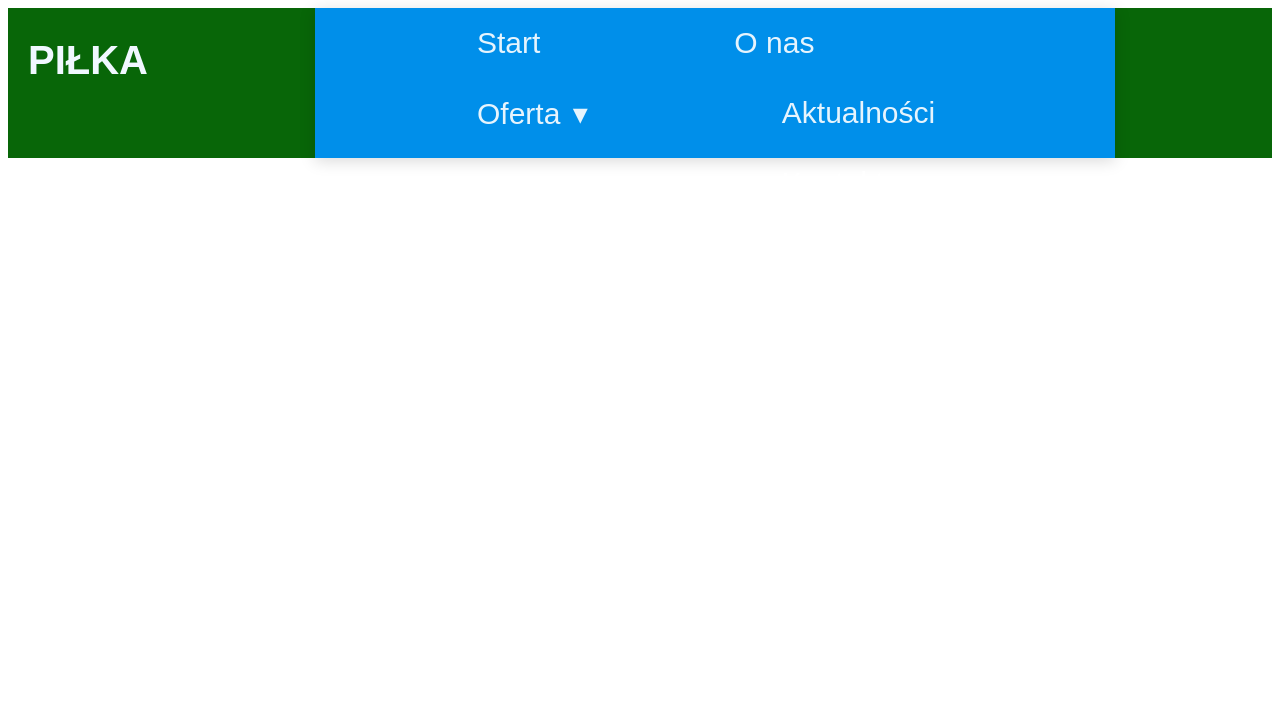
Repository: ZABA78/PAZW
Page: index.html
An editor plug-in stored every save of this project. The page is shown before and after the next save, followed by the edit.
The browser window is 1280 px wide. The pictures show the whole page.
Some web fonts or font styles are not loaded; a fallback is used.

Above is the page before, as saved 2023-10-17 14:26:39.

### index.html
<!DOCTYPE html>
<html lang="en">
<head>
    <meta charset="UTF-8">
    <meta http-equiv="X-UA-Compatible" content="IE=edge">
    <meta name="viewport" content="width=device-width, initial-scale=1.0">
    <link rel="stylesheet" href="style.css">
    <title>Piłka</title>
    <style>
        @import url('https://fonts.googleapis.com/css2?family=Tilt+Neon&display=swap');
        </style>
        <script src = "Jquery.js"></script>
</head>
<body>
    <header>
        <!--<img src="pilka.png" alt="logo" class = "logo">--><h1>PIŁKA</h1>
        <nav>
            <ul>
                <li><a href="#">Start</a>
            <li><a href="#">O nas</a>
                <li class="drop"><a href="#">Oferta</a>
                    <ul class="dropdown">
                        <li><a href="#">Oferta 01</a></li>
                        <li><a href="#">Oferta 02</a></li>
                        <li><a href="#">Oferta 03</a></li>
                    </ul>
                </li>
                <li><a href="#">Aktualności</a>
                <li><a href="#">Kontakt</a>
            </ul>
        </nav>
    </header>
</body>
</html>

### style.css
*
{
    font-family: 'Tilt Neon', sans-serif;


}

h1
{
    padding: 10px;
    font-size: 40px;
    f;
    float: left;
    margin-left: 10px;
    margin-top: 20px;
}
header
{
    background-color: rgb(8, 102, 8);
    height: 150px;
    color: aliceblue;
    display: flex;
    flex-direction: row;
}
a
{
padding: 90px;
text-align: center;
float: left;
margin-left: 130px;
text-decoration: none;
color: black;
font-size: 30px;
}
nav {
	margin: 0 auto;
	max-width: 800px;
	background: #008FEA;
	box-shadow:0 3px 15px rgba(0,0,0,.15);
}

nav::after {
	display: block;
	content: '';
	clear: both;
}

nav ul {
	padding: 0;
	margin: 0;
	list-style: none;
}

nav ul li {
	float: left;
	position: relative;
}

nav ul li a {
	display: block;
	color: rgba(255, 255, 255, .9);
	text-decoration: none;
	padding: 1rem 2rem;
	border-top: 2px solid transparent;
	border-bottom: 2px solid transparent;
	transition: all .3s ease-in-out;
}

nav ul li a:hover,
nav ul li a:focus {
	background: rgba(0, 0, 0, .15);
}

nav ul li a:focus {
	color: white;
}

nav ul li a:not(:only-child)::after {
	padding-left: 4px;
	content: ' ▾';
}

nav ul li ul li {
	min-width: 190px;
}

nav ul li ul li a {
	background: transparent;
	color: #555;
	border-bottom: 1px solid #DDE0E7;
}

nav ul li ul li a:hover,
nav ul li ul li a:focus {
	background: #eee;
	color: #111;
}

.dropdown {
	display: none;
	position: absolute;
	background: #fff;
	box-shadow: 0 4px 10px rgba(10, 20, 30, .4);
}

Loaded but not shown: jquery.js (library)

After the next save:
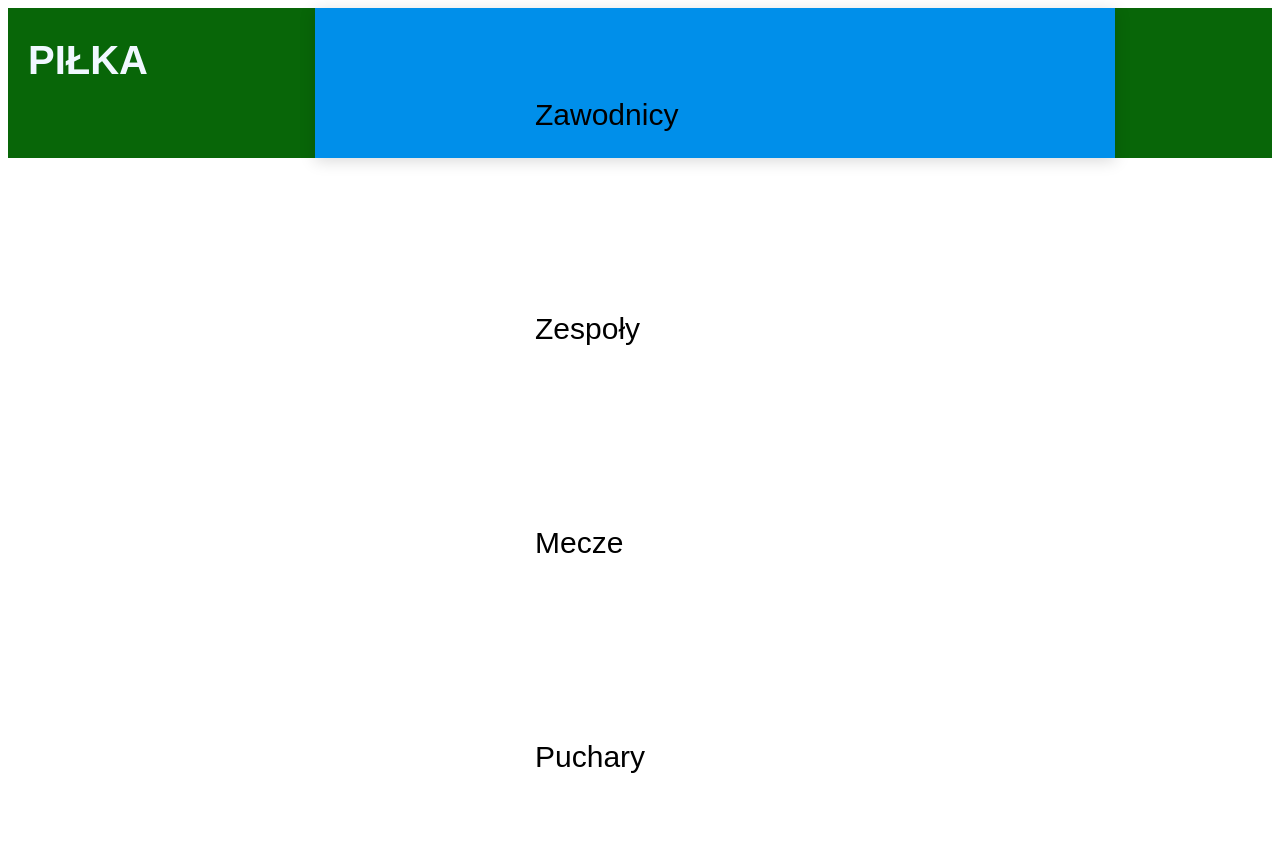
Saved 35 s later.
--- a/index.html
+++ b/index.html
@@ -15,19 +15,10 @@
     <header>
         <!--<img src="pilka.png" alt="logo" class = "logo">--><h1>PIŁKA</h1>
         <nav>
-            <ul>
-                <li><a href="#">Start</a>
-            <li><a href="#">O nas</a>
-                <li class="drop"><a href="#">Oferta</a>
-                    <ul class="dropdown">
-                        <li><a href="#">Oferta 01</a></li>
-                        <li><a href="#">Oferta 02</a></li>
-                        <li><a href="#">Oferta 03</a></li>
-                    </ul>
-                </li>
-                <li><a href="#">Aktualności</a>
-                <li><a href="#">Kontakt</a>
-            </ul>
+            <a href="">Zawodnicy</a>
+            <a href="">Zespoły</a>
+            <a href="">Mecze</a>
+            <a href="">Puchary</a>
         </nav>
     </header>
 </body>
